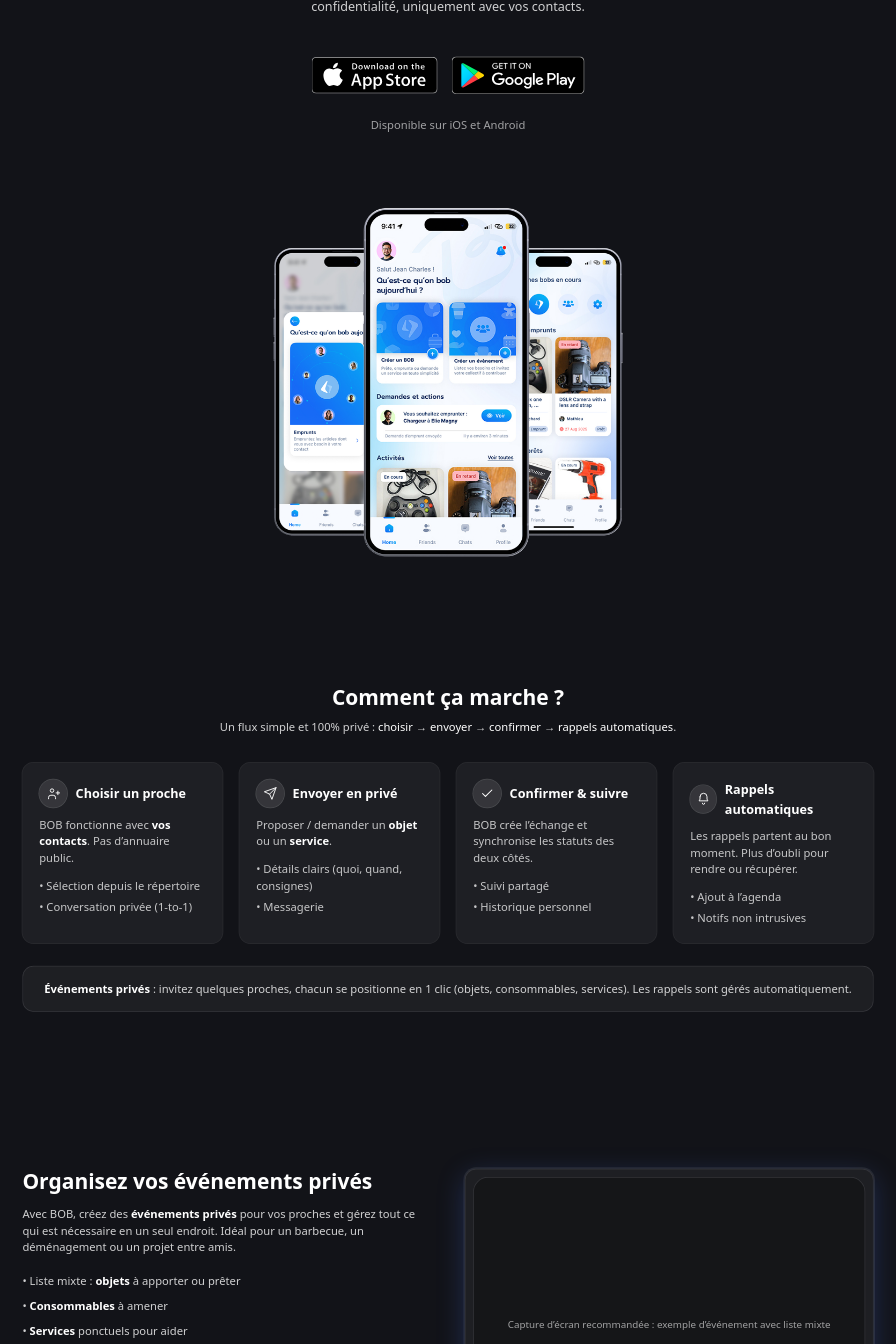
Repository: JeanCharlesMEILLAND/new-bob
Page: /
An editor plug-in stored every save of this project. The page is shown before and after the next save, followed by the edit.
The browser window is 1280 px wide. The pictures show the part of the page from y = 421 to 2341 px (the page is 3932 px tall before and 3573 px after), at 70% of full size.
The page's requests for data from a server got no answer. The project was rebuilt for these pictures with package versions that can differ from the ones it lists, and the page was loaded fresh each time. The framework's server and built-in components were replaced by stand-ins that run in the browser. No one was signed in, and anything a server would have sent is missing. Also part of the build but not shown: next.config.ts.

Above is the page before, as saved 2025-08-12 16:15:11.

After the next save:
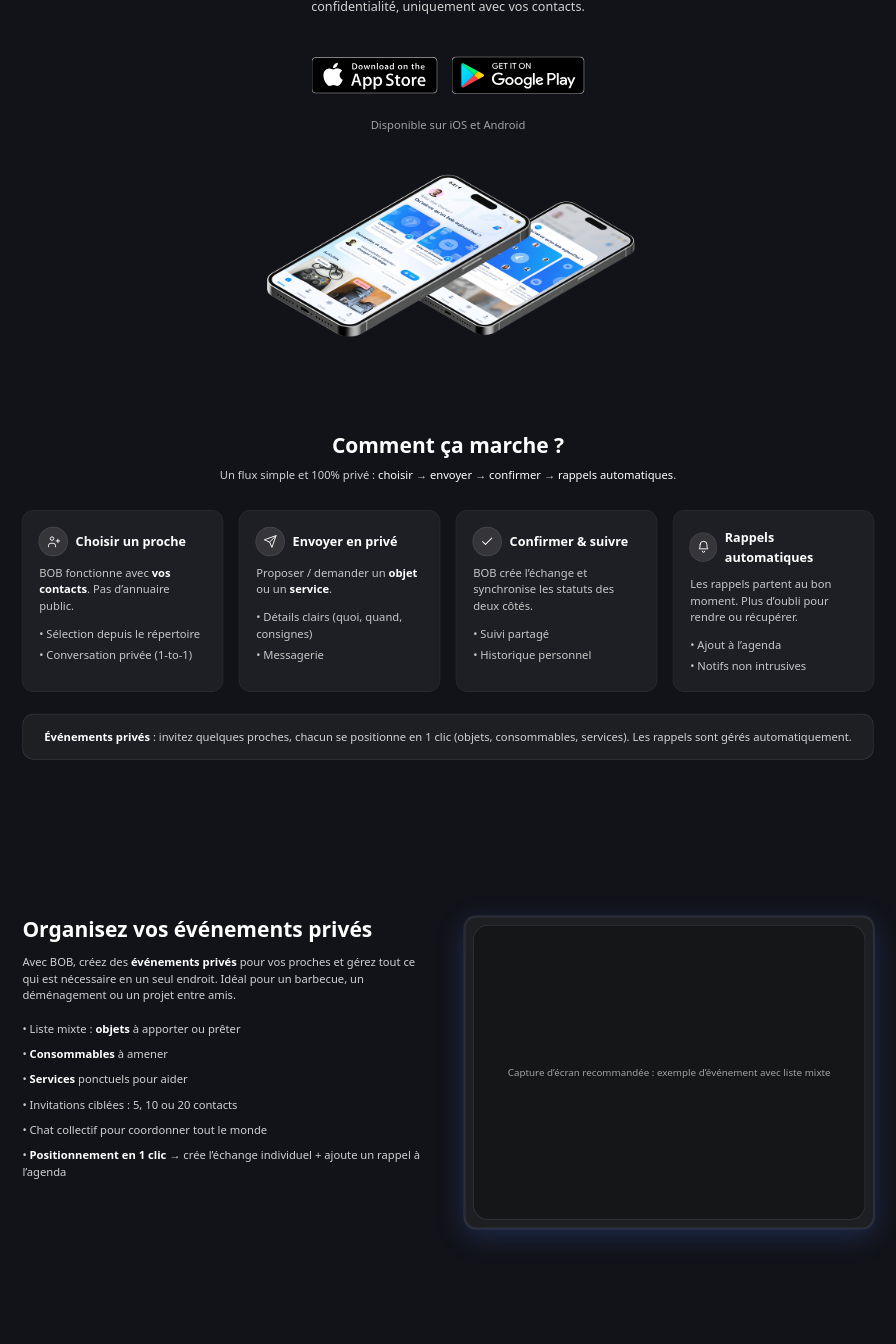
Saved 4 min 22 s later.
--- a/src/components/sections/Hero.tsx
+++ b/src/components/sections/Hero.tsx
@@ -55,7 +55,7 @@
          {/* Visuel placeholder */}
           <div className='flex justify-center mt-10'>
 
-              <Image src="/central.png" alt="Aperçu de l’événement" width={600} height={400} className="" />
+              <Image src="/central2.png" alt="Aperçu de l’événement" width={600} height={400} className="" />
 
           </div>
 
